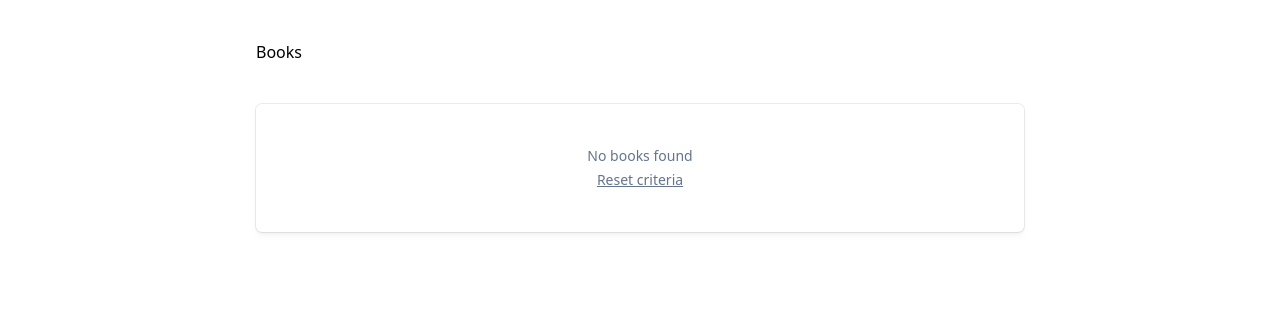
Repository: Haakim19/Laravel-Learn
Page: http://localhost/books
The author's editor kept a copy of each file at every save. The page is drawn from the files as they stood at one save, then again after the next save.
The browser window is 1280 px wide. The pictures show the whole page.
Some web libraries are served in a nearby version. The page is served by the project's Laravel application, run on PHP 8.4 with Laravel 12. Other server files are loaded and not shown. Queries for data that is not in the repository find no rows.

Above is the page before, as saved 2025-02-06 01:09:57.

### Book-Reviews/routes/web.php
<?php

use App\Http\Controllers\BookController;
use Illuminate\Support\Facades\Route;

Route::get('/', function () {
    return view('welcome');
});

Route::resource('books', BookController::class);

### Book-Reviews/app/Http/Controllers/BookController.php
<?php

namespace App\Http\Controllers;

use Illuminate\Http\Request;
use App\Models\Book;
use Illuminate\Contracts\View\View;

class BookController extends Controller
{
    /**
     * Display a listing of the resource.
     */
    public function index(Request $request)
    {
        $title = $request->input('title');

        $books = Book::when(
            $title,
            fn($query, $title) => $query->title($title)
        )
            ->get();
        return View('books.index', ['books' => $books]);
    }

    /**
     * Show the form for creating a new resource.
     */
    public function create()
    {
        //
    }

    /**
     * Store a newly created resource in storage.
     */
    public function store(Request $request)
    {
        //
    }

    /**
     * Display the specified resource.
     */
    public function show(string $id)
    {
        //
    }

    /**
     * Show the form for editing the specified resource.
     */
    public function edit(string $id)
    {
        //
    }

    /**
     * Update the specified resource in storage.
     */
    public function update(Request $request, string $id)
    {
        //
    }

    /**
     * Remove the specified resource from storage.
     */
    public function destroy(string $id)
    {
        //
    }
}

### Book-Reviews/app/Models/Book.php
<?php

namespace App\Models;

use Illuminate\Database\Eloquent\Model;
use Illuminate\Database\Eloquent\Factories\HasFactory;
use Illuminate\Database\Eloquent\Builder;
use Illuminate\Database\Query\Builder as QueryBuilder;

class Book extends Model
{
    use HasFactory;
    public function reviews()
    {
        return $this->hasMany(Reviews::class);
    }
    //fillter the books with the title
    public function scopeTitle(Builder $query, string $title): Builder|QueryBuilder
    {
        return $query->where('title', 'LIKE', '%' . $title . '%');
    }
    //the books with the highest number of reviews
    public function scopePopular(Builder $query, $from = null, $to = null): Builder|QueryBuilder
    {
        return $query->withCount([
            'reviews' => fn(Builder $q) => $this->dateRangeFillter($q, $from, $to)
        ])
            ->orderBy('reviews_count', 'desc');
        // ->limit(5);
    }
    //the books with the highest rating
    public function scopeHighestRated(Builder $query, $from = null, $to = null): Builder|QueryBuilder
    {
        return $query->withAvg([
            'reviews' => fn(Builder $q) => $this->dateRangeFillter($q, $from, $to)
        ], 'rating')
            ->orderBy('reviews_avg_rating', 'desc');
    }
    //the books with minimum reviews
    public function scopeMinReviews(Builder $query, int $minReviews): Builder|QueryBuilder
    {
        return $query->having('reviews_count', '>=', $minReviews);
    }
    //the books with maximum reviews
    public function scopeMaxReviews(Builder $query, int $maxReviews): Builder|QueryBuilder
    {
        return $query->having('reviews_count', '<=', $maxReviews);
    }
    //fillter the books with the date range
    private function dateRangeFillter(Builder $query, $from = null, $to = null)
    {
        if ($from && !$to) {
            $query->where('created_at', '>=', $from);
        } elseif (!$from && $to) {
            $query->where('created_at', '<=', $to);
        } elseif ($from && $to) {
            $query->whereBetween('created_at', [$from, $to]);
        }
    }
}

### Book-Reviews/resources/views/books/index.blade.php
@extends('layouts.app')

@section('content')
    <h1 class = "mb-10 text-2x2">Books</h1>

    <form action="{{ route('books.index') }}" method="GET" >

    </form>
    <ul>
        @forelse ($books as $book)
            <li class="mb-4">
                <div class="book-item">
                    <div class="flex flex-wrap items-center justify-between">
                        <div class="w-full flex-grow sm:w-auto">
                            <a href="{{ route('books.show', $book) }}" class="book-title">{{ $book->title }}</a>
                            <span class="book-author">by {{ $book->author }}</span>
                        </div>
                        <div>
                            <div class="book-rating">
                                {{ number_format($book->reviews_avg_rating, 1)}}
                            </div>
                            <div class="book-review-count">
                                out of {{ $book->reviews_count}} {{ Str::plural('review', $book->reviews_count)}}
                            </div>
                        </div>
                    </div>
                </div>
            </li>

        @empty
            <li class="mb-4">
                <div class="empty-book-item">
                    <p class="empty-text">No books found</p>
                    <a href=" {{ route('books.index') }}" class="reset-link">Reset criteria</a>
                </div>
            </li>
        @endforelse
    </ul>
@endsection

### Book-Reviews/resources/views/layouts/app.blade.php
<!DOCTYPE html>
<html lang="en">

<head>
    <meta charset="UTF-8">
    <title>Book Reviews</title>
    <script src="https://cdn.tailwindcss.com?plugins=forms,typography,aspect-ratio"></script>

    {{-- blade-formatter-disable --}}
  <style type="text/tailwindcss">
    .btn {
      @apply bg-white rounded-md px-4 py-2 text-center font-medium text-slate-500 shadow-sm ring-1 ring-slate-700/10 hover:bg-slate-50 h-10;
    }

    .input {
      @apply shadow-sm appearance-none border w-full py-2 px-3 text-slate-700 leading-tight focus:outline-none rounded-md border-slate-300;
    }

    .filter-container {
      @apply mb-4 flex space-x-2 rounded-md bg-slate-100 p-2;
    }

    .filter-item {
      @apply flex w-full items-center justify-center rounded-md px-4 py-2 text-center text-sm font-medium text-slate-500;
    }

    .filter-item-active {
      @apply bg-white shadow-sm text-slate-800 flex w-full items-center justify-center rounded-md px-4 py-2 text-center text-sm font-medium;
    }

    .book-item {
      @apply text-sm rounded-md bg-white p-4 leading-6 text-slate-900 shadow-md shadow-black/5 ring-1 ring-slate-700/10;
    }

    .book-title {
      @apply text-lg font-semibold text-slate-800 hover:text-slate-600;
    }

    .book-author {
      @apply block text-slate-600;
    }

    .book-rating {
      @apply text-sm font-medium text-slate-700;
    }

    .book-review-count {
      @apply text-xs text-slate-500;
    }

    .empty-book-item {
      @apply text-sm rounded-md bg-white py-10 px-4 text-center leading-6 text-slate-900 shadow-md shadow-black/5 ring-1 ring-slate-700/10;
    }

    .empty-text {
      @apply font-medium text-slate-500;
    }

    .reset-link {
      @apply text-slate-500 underline;
    }
  </style>
  {{-- blade-formatter-enable --}}
</head>

<body class="container mx-auto mt-10 mb-10 max-w-3xl">
    @yield('content')
</body>

</html>

Loaded but not shown: Book-Reviews/app/Providers/AppServiceProvider.php (common file); Book-Reviews/app/Http/Controllers/Controller.php (common file)

After the next save:
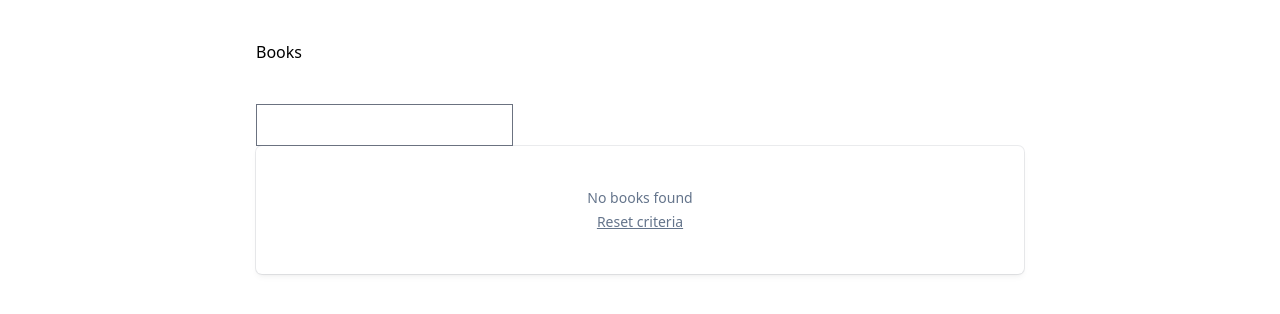
Saved 13 s later.
--- a/Book-Reviews/resources/views/books/index.blade.php
+++ b/Book-Reviews/resources/views/books/index.blade.php
@@ -3,8 +3,8 @@
 @section('content')
     <h1 class = "mb-10 text-2x2">Books</h1>
 
-    <form action="{{ route('books.index') }}" method="GET" >
-
+    <form action="{{ route('books.index') }}" method="GET">
+        <input type="text">
     </form>
     <ul>
         @forelse ($books as $book)
